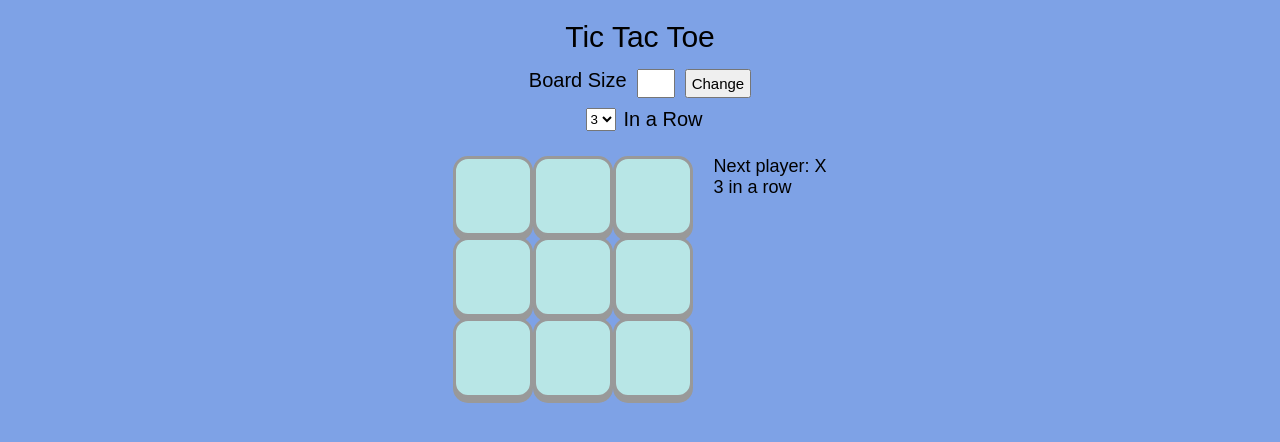
Repository: yshong211/tic-tac-toe-0708
Page: /
These files come from the project's save history. The page is drawn as it stood at one moment and after a run of saves; the edit follows.
The browser window is 1280 px wide. The pictures show the whole page.
The project was rebuilt for these pictures with package versions that can differ from the ones it lists, and the page was loaded fresh each time.

Above is the page before, as saved 2020-07-09 10:41:00.

After the next 4 saves:
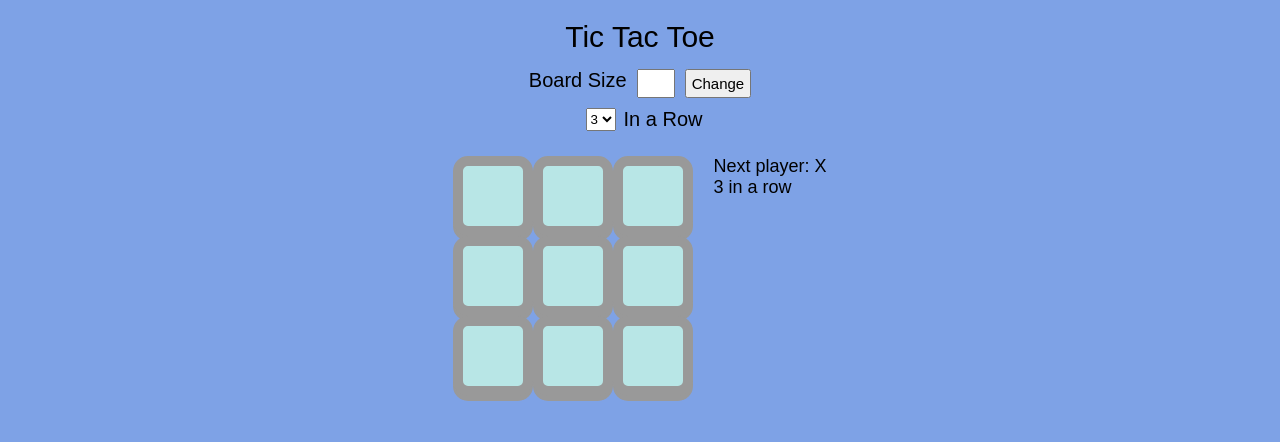
The 4 saves are shown as one change because they came seconds apart.
The last was saved 34 s later.
--- a/src/components/square/square.css
+++ b/src/components/square/square.css
@@ -1,7 +1,7 @@
 .square {
   display: inline-block;
   background: rgb(184, 230, 230);
-  border: 3px solid #999;
+  border: 10px solid #999;
 
   font-size: 60px;
   cursor: pointer; /* allows control over cursur*/
